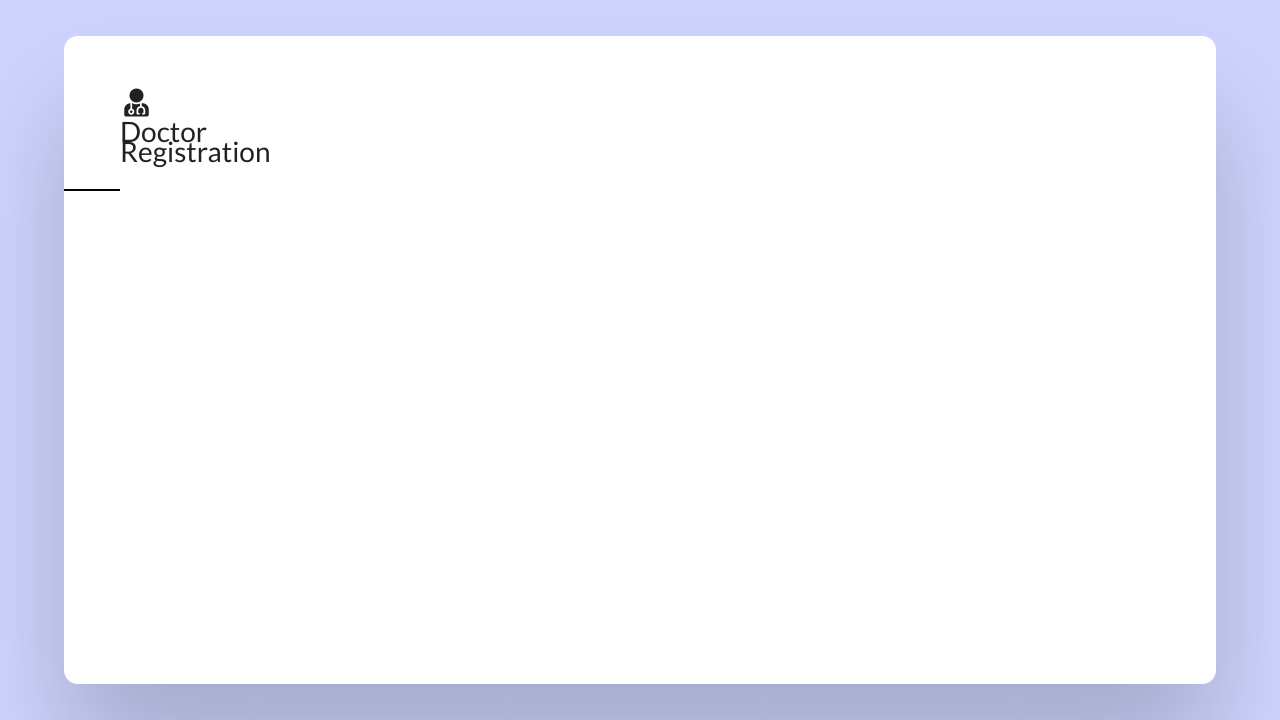
Repository: ajayaj2001/healthcare-digitization
Page: /doctorForm
These files come from the project's save history. The page is drawn as it stood at one moment and after the next save; the edit follows.
The browser window is 1280 px wide. The pictures show the whole page.
The project was rebuilt for these pictures with package versions that can differ from the ones it lists, and the page was loaded fresh each time. Also part of the build but not shown: src/component/userType/UserType.scss, src/component/userType/UserType.js, src/component/login/Login.scss, src/component/login/loginForm/LoginForm.scss, src/component/login/loginForm/LoginForm.js, src/component/login/Login.js, src/component/register/Register.scss, src/component/register/registerForm/RegisterForm.scss and 2 more.

Above is the page before, as saved 2021-03-13 10:40:05.

### public/index.html
<!DOCTYPE html>
<html lang="en">

<head>
  <meta charset="utf-8" />
  <meta name="viewport" content="width=device-width, initial-scale=1" />
  <meta name="theme-color" content="#000000" />
  <meta name="description" content="Web site created using create-react-app" />
  <link rel="stylesheet" href="https://fonts.googleapis.com/css?family=Roboto:300,400,500,700&display=swap" />
  <link rel="stylesheet" href="https://fonts.googleapis.com/icon?family=Material+Icons" />

  <!--
      manifest.json provides metadata used when your web app is installed on a
      user's mobile device or desktop. See https://developers.google.com/web/fundamentals/web-app-manifest/
    -->
  <!-- <link rel="manifest" href="%PUBLIC_URL%/manifest.json" /> -->
  <!--
      Notice the use of %PUBLIC_URL% in the tags above.
      It will be replaced with the URL of the `public` folder during the build.
      Only files inside the `public` folder can be referenced from the HTML.

      Unlike "/favicon.ico" or "favicon.ico", "%PUBLIC_URL%/favicon.ico" will
      work correctly both with client-side routing and a non-root public URL.
      Learn how to configure a non-root public URL by running `npm run build`.
    -->
  <title>medical</title>
</head>

<body>
  <noscript>You need to enable JavaScript to run this app.</noscript>
  <div id="root"></div>
  <!--
      This HTML file is a template.
      If you open it directly in the browser, you will see an empty page.

      You can add webfonts, meta tags, or analytics to this file.
      The build step will place the bundled scripts into the <body> tag.

      To begin the development, run `npm start` or `yarn start`.
      To create a production bundle, use `npm run build` or `yarn build`.
    -->
</body>

</html>

### src/index.js
import React from 'react';
import ReactDOM from 'react-dom';
import './index.scss';
import App from './component/app/App';
import 'semantic-ui-css/semantic.min.css'


ReactDOM.render(
  // <React.StrictMode>
    <App />
  // </React.StrictMode>
  ,
  document.getElementById('root')
);

### src/index.scss
code {
  font-family: source-code-pro, Menlo, Monaco, Consolas, "Courier New", monospace;
}
@mixin respond($breakpoint) {
  @if $breakpoint == phone {
    @media (max-width: 37.5em) {
      @content;
    }
  }

  @if $breakpoint == tab-land {
    @media (max-width: 75em) {
      @content;
    }
  }
  @if $breakpoint == tab-port {
    @media (max-width: 56.25em) {
      @content;
    }
  }
  @if $breakpoint == big-desktop {
    @media (min-width: 112.5em) {
      @content;
    }
  }
}

*,
*::after,
*::before {
  margin: 0;
  padding: 0;
  box-sizing: inherit;
}
body {
  font-family: "Lato", sans-serif;
  font-weight: 400;
  font-size: 16px;
  line-height: 1.7;
  color: #777;
  //padding: 30px;
  box-sizing: border-box;
  @include respond(tab-port) {
    padding: 0;
  }
}

html {
  font-size: 62.5%; //1rem=10px 10px/16px=62.5%
  @include respond(tab-land) {
    //width <1200
    font-size: 56.25%; //1rem=9px
  }
  @include respond(tab-port) {
    //<width <900
    font-size: 50%; //1rem=8px
  }
  // @include respond(phone) {
  //     //<width<600
  //     font-size: 40%; //1rem=4.8px
  // }
  @include respond(big-desktop) {
    //>1200
    font-size: 75%; //1rem=12
  }
}

### src/component/app/App.js
import './App.scss';

import UserType from "../userType/UserType";
import Login from '../login/Login';
import Register from '../register/Register';
import { BrowserRouter as Router,Route,Switch } from 'react-router-dom';
import DoctorForm from '../doctorForm/DoctorForm';

function App() {
  return (
    <Router>
       <Switch>
          <Route path="/login">
           <Login/>
          </Route>
          <Route path="/register">
           <Register/>
          </Route>
          <Route path="/doctorForm">
            <DoctorForm/>
          </Route>
          <Route path="/">
            <UserType/>
          </Route>

        </Switch>
    {/* <div className="App">
    </div> */}
    </Router>
  );
}

export default App;

### src/component/doctorForm/DoctorForm.js
import React from 'react'
import './DoctorForm.scss'
import { Form, Input, TextArea, Button, Select, Icon } from 'semantic-ui-react'

const DoctorForm = () => {
    return (
        <div className="doctorForm__container">
            <div className="doctorForm__main">
                <div className="doctorForm__heading"><Icon name="user doctor"/> Doctor Registration</div>
            </div>
        </div>
    )
}

export default DoctorForm

### src/component/doctorForm/DoctorForm.scss
.doctorForm{
    &__container{
        margin: 0;
        background-color: #cfd4fe;
        height: 100vh;
        display: flex;
        justify-content: center;
        align-items: center;
    }
    &__main{
        background-color: white;
        width: 90%;
        height: 90%;
        border-radius: 1rem;
        align-items: center;
        overflow: hidden;
        box-shadow: 0 5rem 8rem rgba(black, 0.2);
    }
   &__heading{
       font-size: 2rem;
       padding: 4rem 0rem 2rem 4rem;
       border-bottom: .2rem solid black;
       width: 2rem;
   }
}

Loaded but not shown: src/component/app/App.scss (no stored copy; drawn as an empty file)

After the next save:
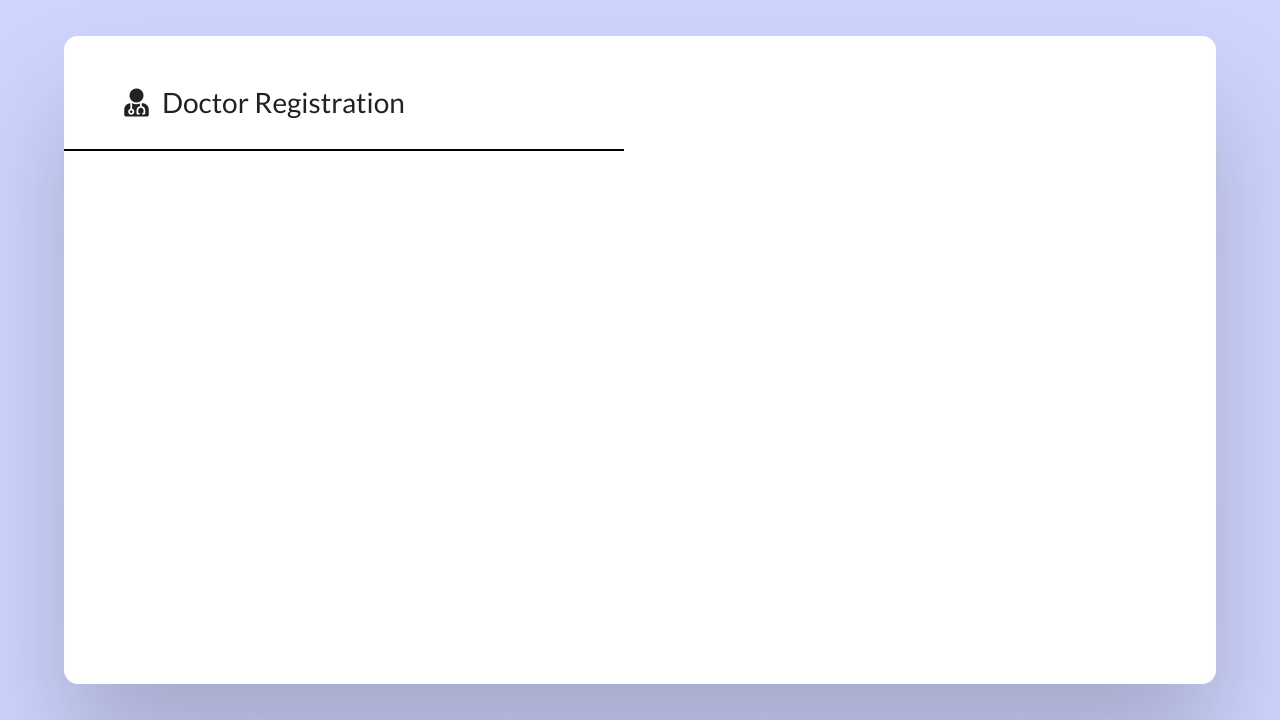
Saved 5 s later.
--- a/src/component/doctorForm/DoctorForm.scss
+++ b/src/component/doctorForm/DoctorForm.scss
@@ -20,6 +20,6 @@
        font-size: 2rem;
        padding: 4rem 0rem 2rem 4rem;
        border-bottom: .2rem solid black;
-       width: 2rem;
+       width: 40rem;
    }
 }
